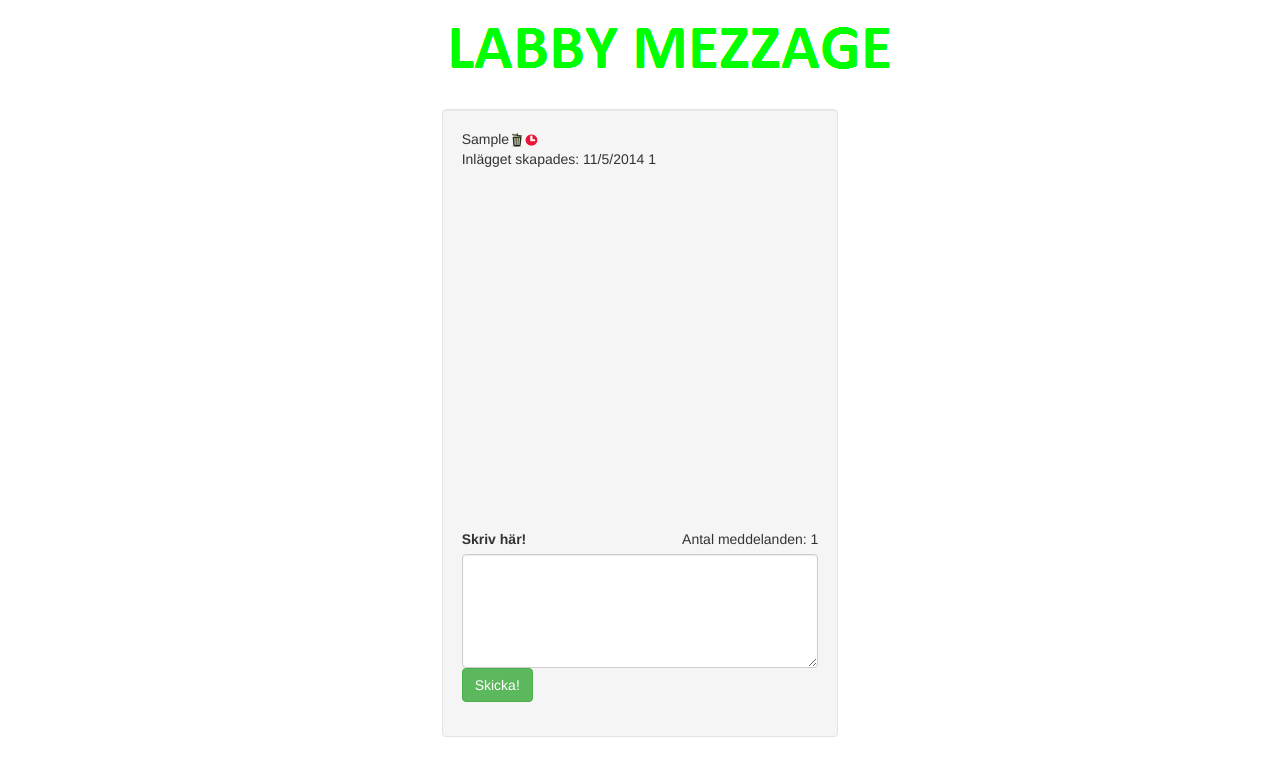
Repository: mc22dg/1dv403-laborationer
Page: 2-labbymezzage/index.html
The author's editor kept a record of every edit. The page is drawn from the files as they stood at one moment, then again after the next edit.
The browser window is 1280 px wide. The pictures show the whole page.
Empty fields were first filled with sample values (such as "Sample", 5 or name@example.com).
After loading, the first visible `#btn` was clicked once.

Above is the page before.

After the next edit:
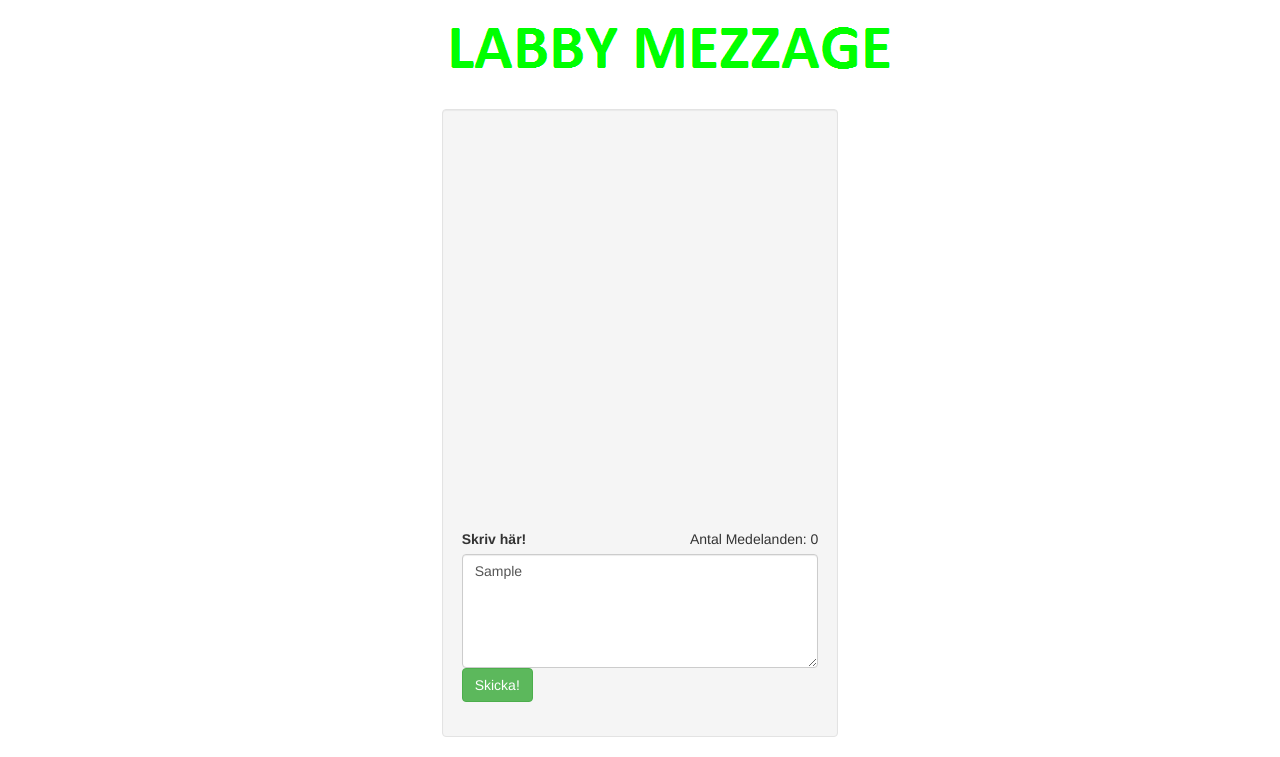
Console error: SyntaxError: Unexpected end of input
The edit:
--- a/2-labbymezzage/message.js
+++ b/2-labbymezzage/message.js
@@ -30,9 +30,14 @@
         var minutes = this.getDate().getMinutes();
         var seconds = this.getDate().getSeconds();
 
-        return  "Inlägget skapades: " + date
-                +" "+seconds;
-                +" "+minutes;
-                +" "+hour;
+        return  "Inlägget skapades: " +date+" "+hour+":"+minutes+":"+seconds;
         };
+
+        Message.prototype.getDateText = function(alertDate) {
+        var date = this.getDate().toLocaleDateString();
+        var hour = this.getDate().getHours();
+        var minutes = this.getDate().getMinutes();
+        var seconds = this.getDate().getSeconds();
+
+        return  "Inlägget skapades: " +date+" "+hour+":"+minutes+":"+seconds;
 }

After the 2 edits that followed:
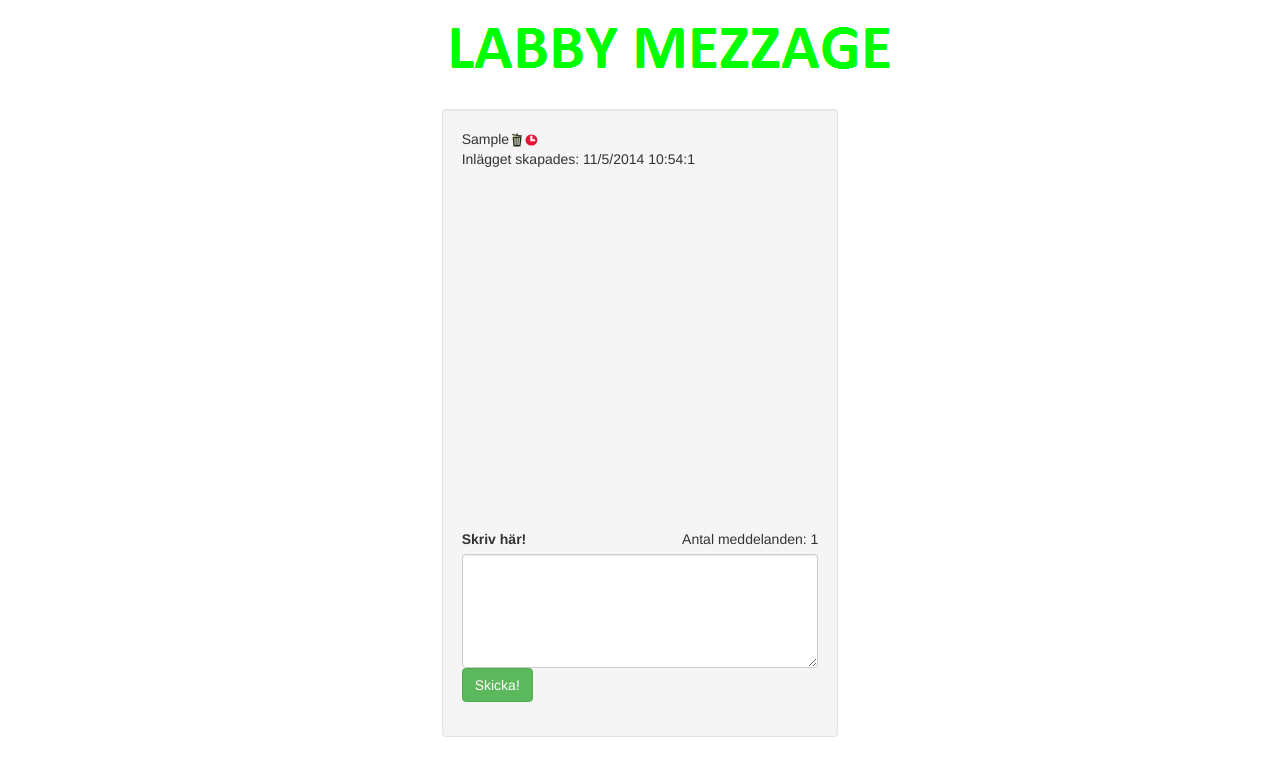
The error is gone.
The 2 edits are shown as one change because 1 left the picture as it was.
The edit:
--- a/2-labbymezzage/message.js
+++ b/2-labbymezzage/message.js
@@ -40,4 +40,7 @@
         var seconds = this.getDate().getSeconds();
 
         return  "Inlägget skapades: " +date+" "+hour+":"+minutes+":"+seconds;
+        };
+
+
 }
